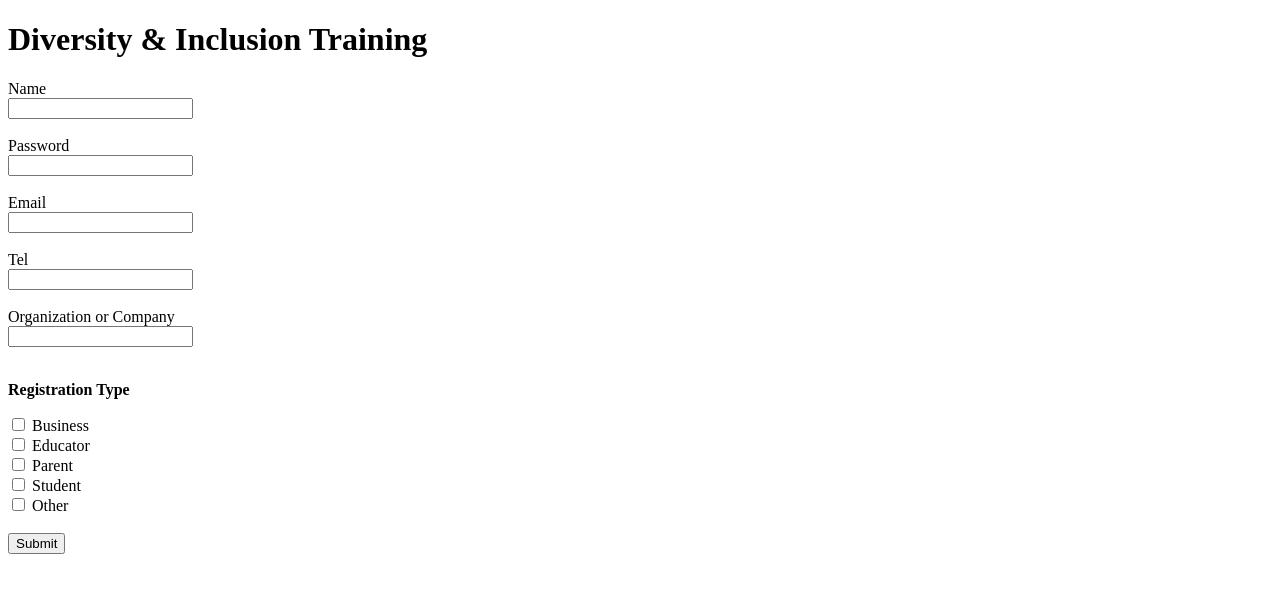
Repository: wafaa399/webDesigner-Tasks-wafaa-ahmed
Page: index.html
An editor plug-in stored every save of this project. The page is shown before and after the next save, followed by the edit.
The browser window is 1280 px wide. The pictures show the whole page.

Above is the page before, as saved 2026-07-13 22:36:49.

### index.html
<!doctype html>
<html lang="en">
  <head>
    <meta charset="UTF-8" />
    <meta name="viewport" content="width=device-width, initial-scale=1.0" />
    <meta
      name="description"
      content="Diversity and Inclusion Training Registration Form"
    />
    <meta name="author" content="Wafaa Ahmed" />
    <title>Diversity & Inclusion Training</title>
  </head>
  <body>
    <h1>Diversity & Inclusion Training</h1>

    <form action="" method="post">
      <label for="name">Name</label><br />
      <input type="text" id="name" name="name" required />
      <br /><br />

      <label for="password">Password</label><br />
      <input type="password" id="password" name="password" required />
      <br /><br />

      <label for="email">Email</label><br />
      <input type="email" id="email" name="email" required />
      <br /><br />

      <label for="tel">Tel</label><br />
      <input type="tel" id="tel" name="tel" />
      <br /><br />

      <label for="company">Organization or Company</label><br />
      <input type="text" id="company" name="company" />
      <br /><br />

      <p><strong>Registration Type</strong></p>

      <input
        type="checkbox"
        id="business"
        name="registration"
        value="Business"
      />
      <label for="business">Business</label><br />

      <input
        type="checkbox"
        id="educator"
        name="registration"
        value="Educator"
      />
      <label for="educator">Educator</label><br />

      <input type="checkbox" id="parent" name="registration" value="Parent" />
      <label for="parent">Parent</label><br />

      <input type="checkbox" id="student" name="registration" value="Student" />
      <label for="student">Student</label><br />

      <input type="checkbox" id="other" name="registration" value="Other" />
      <label for="other">Other</label>

      <br /><br />

      <input type="submit" value="Submit" />
    </form>
  </body>
</html>

After the next save:
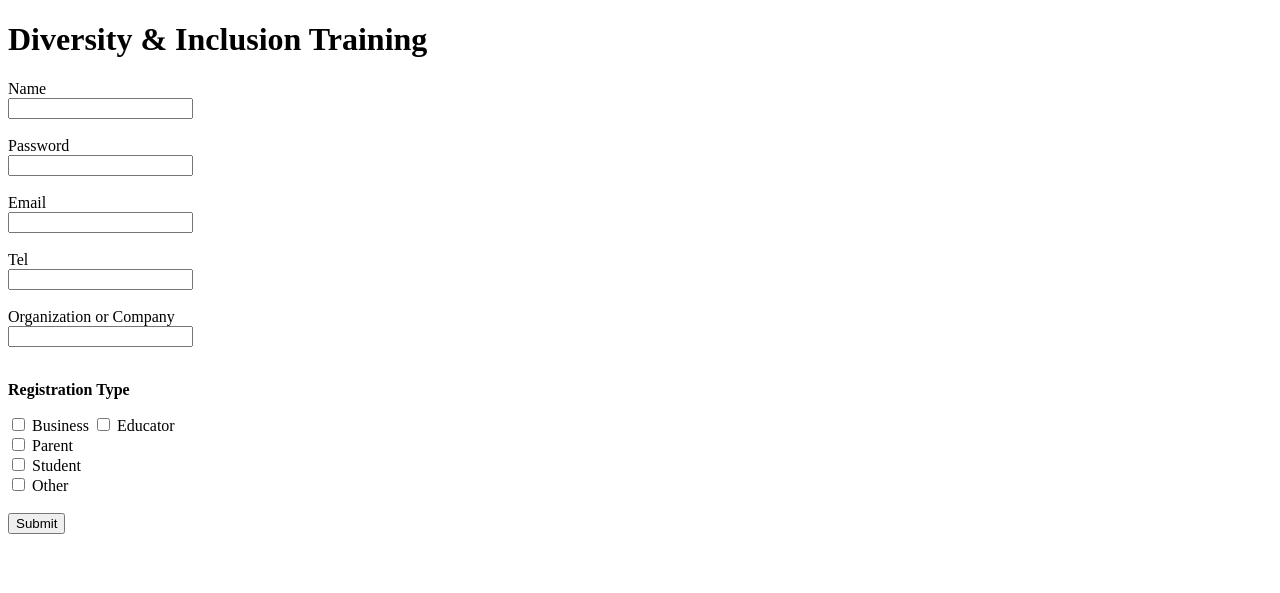
Saved 6 min 7 s later.
--- a/index.html
+++ b/index.html
@@ -42,7 +42,7 @@
         name="registration"
         value="Business"
       />
-      <label for="business">Business</label><br />
+      <label for="business">Business</label>
 
       <input
         type="checkbox"
